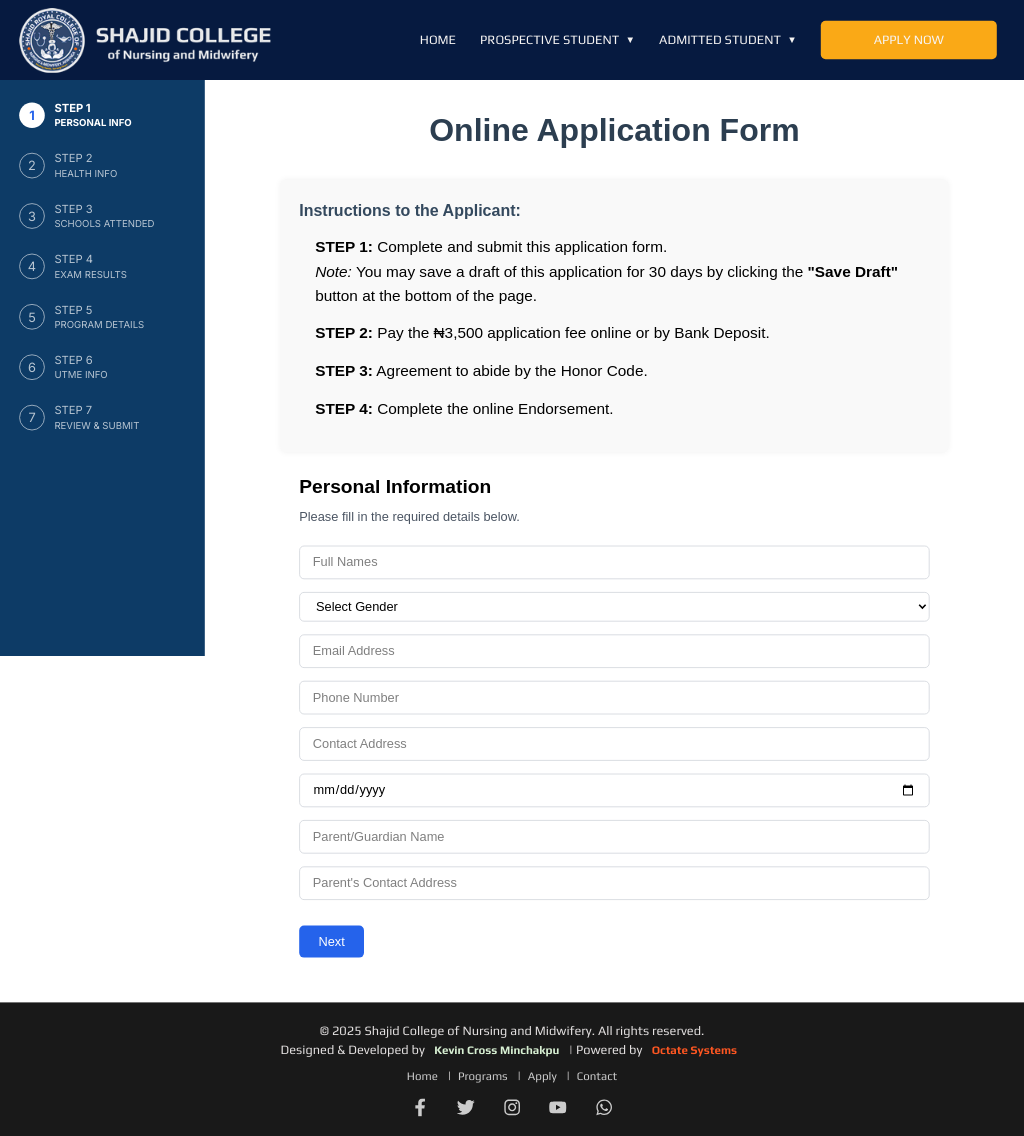
Repository: GlorifiedIntel/shajid-sms
Page: /apply
These files come from the project's save history. The page is drawn as it stood at one moment and after the next save; the edit follows.
The browser window is 1280 px wide. The pictures show the whole page, at 80% of full size.
The project was rebuilt for these pictures with package versions that can differ from the ones it lists, and the page was loaded fresh each time. The framework's server and built-in components were replaced by stand-ins that run in the browser. Also part of the build but not shown: next.config.mjs, src/components/steps/HealthInfo.module.css, src/components/steps/HealthInfo.jsx, src/components/steps/SchoolsAttended.module.css, src/components/steps/SchoolsAttended.jsx, src/constants/subjects.js, src/components/steps/ExamResults.module.css, src/components/steps/ExamResults.jsx and 7 more.

Above is the page before, as saved 2025-07-04 16:10:25.

### src/app/layout.js
import { Inter } from 'next/font/google';
import { Play } from 'next/font/google';
import './globals.css';
import Navbar from '@/components/navbar/Navbar';
import Footer from '@/components/footer/Footer';
import SessionProviderWrapper from '@/components/SessionProviderWrapper';
import '@/icons/fontawesome';

const inter = Inter({ subsets: ['latin'] });

const play = Play({
  subsets: ['latin'],
  weight: ['400', '700'],
  variable: '--font-play',
});

export const metadata = {
  title: 'Shajid College Student Management System',
  description:
    'This is a full-featured, responsive web application built using Next.js for Shajid College of Nursing and Midwifery.',
};

export default function RootLayout({ children }) {
  return (
    <html lang="en">
      <body className={inter.className}>
        <SessionProviderWrapper>
          <div className="container">
            <Navbar />
            {children}
            <Footer />
          </div>
        </SessionProviderWrapper>
      </body>
    </html>
  );
}

### src/app/apply/page.jsx
'use client';

import { FormProvider, useFormStep } from '@/context/FormContext';
import Sidebar from '@/components/Sidebar';
import PersonalInfo from '@/components/steps/PersonalInfo';
import HealthInfo from '@/components/steps/HealthInfo';
import SchoolsAttended from '@/components/steps/SchoolsAttended';
import ExamResults from '@/components/steps/ExamResults';
import ProgramDetails from '@/components/steps/ProgramDetails';
import UTMEInfo from '@/components/steps/UTMEInfo';
import Review from '@/components/steps/Review';
import styles from './applicationform.module.css';

export default function ApplyPage() {
  // StepRenderer moved inside ApplyPage to access context properly
  function StepRenderer() {
    const { step } = useFormStep();

    switch (step) {
      case 1:
        return <PersonalInfo />;
      case 2:
        return <HealthInfo />;
      case 3:
        return <SchoolsAttended />;
      case 4:
        return <ExamResults />;
      case 5:
        return <ProgramDetails />;
      case 6:
        return <UTMEInfo />;
      case 7:
        return <Review />;
      default:
        return <div>Unknown step</div>;
    }
  }

  return (
    <FormProvider>
      <div className="min-h-screen flex items-start">
        <Sidebar />
        <div className={styles.applicationContainer}>
          <h1 className={styles.pageTitle}>Online Application Form</h1>

          <div className={styles.instructions}>
            <h2 className={styles.instructionsHeading}>Instructions to the Applicant:</h2>
            <ol>
              <li>
                <strong>STEP 1:</strong> Complete and submit this application form.
                <br />
                <em>Note:</em> You may save a draft of this application for 30 days by clicking the{' '}
                <strong>&quot;Save Draft&quot;</strong> button at the bottom of the page.
              </li>
              <li>
                <strong>STEP 2:</strong> Pay the &#8358;3,500 application fee online or by Bank Deposit.
              </li>
              <li>
                <strong>STEP 3:</strong> Agreement to abide by the Honor Code.
              </li>
              <li>
                <strong>STEP 4:</strong> Complete the online Endorsement.
              </li>
            </ol>
          </div>

          <StepRenderer />
        </div>
      </div>
    </FormProvider>
  );
}

### src/app/globals.css
@import "tailwindcss";

:root {
    --bg: #fdfdff;
    --btn: #2A3D45;
    --primary: #0E103D;
    --secondary: #14453D;
    --delft-blue:#183059;
    --white-smoke:#F6F4F3;
    --indigo-dye: #124E78;
    --cream:#F0F0C9;
    --prussian-blue: #102B3F;
    --midnight-green:#003844;
    --caribbean-current:#006C67;
    --gunmetal:#122C34;
    --navbar-bg: #061A40;
    --jasper: #CD5334;
    --web-orange: #FAA916;
    --font-play: 'Play', sans-serif;
    --text: #333;
    --oxford-blue: #061A40;
    --eerie-blck: #1B1B1E;
    --carmine: #96031A;
}

* {
    margin: 0;
    padding: 0;
    box-sizing: border-box;
}

body {
    margin: 0;
    padding: 0;
}

a {
    color: inherit;
    text-decoration: none;

}

### src/components/navbar/Navbar.jsx
import React from 'react';
import Links from "./links/Links";
import styles from './navbar.module.css';

const Navbar = () => {
  return (
    <div className={styles.container}>
      <div className={styles.logo}>
        <img src="./logo.png" alt="Shajid College Logo" className={styles.logoImage} />
      </div>
      <div>
        <Links />
      </div>
    </div>
  );
};

export default Navbar;

### src/components/footer/Footer.jsx
import {
  FaFacebookF,
  FaTwitter,
  FaInstagram,
  FaYoutube,
  FaWhatsapp,
} from 'react-icons/fa';
import './Footer.css'; // Ensure you have a CSS file for styling

export default function Footer() {
  return (
    <footer className="site-footer">
      <div className="footer-content">
        <p>&copy; {new Date().getFullYear()} Shajid College of Nursing and Midwifery. All rights reserved.</p>

        <p>
  Designed & Developed by{' '}
  <a
    href="https://www.linkedin.com/in/kevin-cross-minchakpu-7897379a"
    target="_blank"
    rel="noopener noreferrer"
    className="kevin-link"
  >
    Kevin Cross Minchakpu
  </a>{' '}
  | Powered by{' '}
  <a
    href="https://octatesystems.github.io/OSNigeria/"
    target="_blank"
    rel="noopener noreferrer"
    className="octate-link"
  >
    Octate Systems
  </a>
</p>

        <nav className="footer-links">
          <a href="/">Home</a> |
          <a href="/programs">Programs</a> |
          <a href="/apply">Apply</a> |
          <a href="/contact">Contact</a>
        </nav>

        <div className="social-icons">
          <a href="https://facebook.com" target="_blank" rel="noopener noreferrer" aria-label="Facebook">
            <FaFacebookF />
          </a>
          <a href="https://twitter.com" target="_blank" rel="noopener noreferrer" aria-label="Twitter">
            <FaTwitter />
          </a>
          <a href="https://instagram.com" target="_blank" rel="noopener noreferrer" aria-label="Instagram">
            <FaInstagram />
          </a>
          <a href="https://youtube.com" target="_blank" rel="noopener noreferrer" aria-label="YouTube">
            <FaYoutube />
          </a>
          <a href="https://wa.me/2348012345678" target="_blank" rel="noopener noreferrer" aria-label="WhatsApp">
            <FaWhatsapp />
          </a>
        </div>
      </div>
    </footer>
  );
}

### src/components/SessionProviderWrapper.jsx
'use client';

import { SessionProvider } from 'next-auth/react';

export default function SessionProviderWrapper({ children }) {
  return <SessionProvider>{children}</SessionProvider>;
}

### src/icons/fontawesome.js
// src/icons/fontawesome.js
import { config } from '@fortawesome/fontawesome-svg-core';
import '@fortawesome/fontawesome-svg-core/styles.css';
config.autoAddCss = false;

### src/components/Sidebar.jsx
// components/Sidebar.jsx
"use client";
import styles from "./Sidebar.module.css";
import { useFormStep } from "@/context/FormContext";

const steps = [
  "Personal Info",
  "Health Info",
  "Schools Attended",
  "Exam Results",
  "Program Details",
  "UTME Info",
  "Review & Submit",
];

export default function Sidebar() {
  const { step } = useFormStep();

  return (
    <div className={styles.sidebar}>
      {steps.map((label, index) => {
        const isActive = step === index + 1;
        return (
          <div
            key={label}
            className={`${styles.stepItem} ${isActive ? styles.active : ""}`}
          >
            <div
              className={`${styles.stepCircle} ${
                isActive ? styles.active : ""
              }`}
            >
              {index + 1}
            </div>
            <div className={styles.stepText}>
              <div className={styles.stepNumber}>STEP {index + 1}</div>
              <div className={styles.stepLabel}>{label}</div>
            </div>
          </div>
        );
      })}
    </div>
  );
}

### src/components/steps/PersonalInfo.jsx
'use client';

import { useForm } from 'react-hook-form';
import { zodResolver } from '@hookform/resolvers/zod';
import { useFormStep } from '@/context/FormContext';
import * as z from 'zod';
import styles from './PersonalInfo.module.css';
import { useEffect } from 'react';

const schema = z.object({
  fullName: z.string().min(3, 'Full name is required'),
  gender: z.enum(['Male', 'Female'], 'Gender is required'),
  email: z.string().email('Invalid email address'),
  phone: z.string().min(7, 'Phone number is required'),
  address: z.string().min(5, 'Contact address is required'),
  dob: z.string().min(1, 'Date of birth is required'),
  parentName: z.string().min(3, 'Parent/Guardian name is required'),
  parentAddress: z.string().min(5, "Parent's contact address is required"),
});

export default function PersonalInfo() {
  const { formData, updateFormData, nextStep } = useFormStep();

  // Try to get saved data from localStorage
  const savedFormData = typeof window !== 'undefined'
    ? JSON.parse(localStorage.getItem('personalInfo') || 'null')
    : null;

  const {
    register,
    handleSubmit,
    formState: { errors },
    reset,
    watch,
  } = useForm({
    resolver: zodResolver(schema),
    defaultValues: savedFormData || formData.personalInfo || {
      fullName: '',
      gender: '',
      email: '',
      phone: '',
      address: '',
      dob: '',
      parentName: '',
      parentAddress: '',
    },
  });

  // Sync form changes to localStorage
  useEffect(() => {
    const subscription = watch((value) => {
      localStorage.setItem('personalInfo', JSON.stringify(value));
    });
    return () => subscription.unsubscribe();
  }, [watch]);

  // If your context formData.personalInfo changes, reset the form with that data (optional)
  useEffect(() => {
    if (formData.personalInfo) {
      reset(formData.personalInfo);
    }
  }, [formData.personalInfo, reset]);

  const onSubmit = (data) => {
    updateFormData({ personalInfo: data });
    nextStep();
  };

  return (
    <form onSubmit={handleSubmit(onSubmit)} className={styles.form} noValidate>
      <h2 className={styles.heading}>Personal Information</h2>
      <p className={styles.subtext}>Please fill in the required details below.</p>

      <input
        {...register('fullName')}
        placeholder="Full Names"
        className={styles.input}
        aria-invalid={errors.fullName ? 'true' : 'false'}
      />
      {errors.fullName && <p className={styles.error}>{errors.fullName.message}</p>}

      <select
        {...register('gender')}
        className={styles.input}
        aria-invalid={errors.gender ? 'true' : 'false'}
      >
        <option value="">Select Gender</option>
        <option value="Male">Male</option>
        <option value="Female">Female</option>
      </select>
      {errors.gender && <p className={styles.error}>{errors.gender.message}</p>}

      <input
        {...register('email')}
        placeholder="Email Address"
        className={styles.input}
        aria-invalid={errors.email ? 'true' : 'false'}
      />
      {errors.email && <p className={styles.error}>{errors.email.message}</p>}

      <input
        {...register('phone')}
        placeholder="Phone Number"
        className={styles.input}
        aria-invalid={errors.phone ? 'true' : 'false'}
      />
      {errors.phone && <p className={styles.error}>{errors.phone.message}</p>}

      <input
        {...register('address')}
        placeholder="Contact Address"
        className={styles.input}
        aria-invalid={errors.address ? 'true' : 'false'}
      />
      {errors.address && <p className={styles.error}>{errors.address.message}</p>}

      <input
        {...register('dob')}
        type="date"
        className={styles.input}
        aria-invalid={errors.dob ? 'true' : 'false'}
      />
      {errors.dob && <p className={styles.error}>{errors.dob.message}</p>}

      <input
        {...register('parentName')}
        placeholder="Parent/Guardian Name"
        className={styles.input}
        aria-invalid={errors.parentName ? 'true' : 'false'}
      />
      {errors.parentName && <p className={styles.error}>{errors.parentName.message}</p>}

      <input
        {...register('parentAddress')}
        placeholder="Parent's Contact Address"
        className={styles.input}
        aria-invalid={errors.parentAddress ? 'true' : 'false'}
      />
      {errors.parentAddress && <p className={styles.error}>{errors.parentAddress.message}</p>}

      <button type="submit" className={styles.button}>
        Next
      </button>
    </form>
  );
}

### src/app/apply/applicationform.module.css
.applicationContainer {
  padding: 2rem;
  width: 900px;
  margin: 0 auto;
  font-family: Arial, sans-serif;
}

.instructions {
  background-color: #f9f9f9;
  padding: 1.5rem;
  border-radius: 8px;
  margin-top: 1rem;
  box-shadow: 0 0 8px rgba(0, 0, 0, 0.05);
}

.instructions h2 {
  margin-bottom: 1rem;
  font-size: 1.25rem;
}

.instructions ol {
  padding-left: 1.25rem;
}

.instructions li {
  margin-bottom: 1rem;
  line-height: 1.6;
  font-size: 1.2rem;
}

.pageTitle {
  font-size: 2.5rem;
  font-weight: bold;
  text-align: center;
  margin-bottom: 2rem;
  color: #2c3e50;
}

.instructionsHeading {
  font-size: 1.5rem;
  font-weight: 600;
  color: #34495e;
  margin-bottom: 1rem;
}

### src/components/navbar/links/Links.jsx
'use client';

import styles from './links.module.css';
import NavLink from './navLink/navLink';

const Links = () => {
  const links = [
    { title: 'HOME', path: '/' },
    {
      title: 'PROSPECTIVE STUDENT',
      path: '/auth/prospective-student',
      children: [
        { title: 'Check My Eligibility', path: '/auth/prospective-student/eligibility' },
        { title: 'Prospective Student Info', path: '/auth/prospective-student/info' },
        { title: 'Fees & Financial Assistance', path: '/auth/prospective-student/fees' },
        { title: 'Graduation Requirements', path: '/auth/prospective-student/graduation' },
        { title: 'Apply Now', path: '/apply' },
        { title: 'Advising & Support', path: '/auth/prospective-student/advising' },
        { title: 'FAQ', path: '/auth/prospective-student/faq' },
      ],
    },
    {
      title: 'ADMITTED STUDENT',
      path: '/auth/admitted-student',
      children: [
        { title: 'Admitted Student Info', path: '/auth/admitted-student/info' },
        { title: 'Fees & Financial Assistance', path: '/auth/admitted-student/fees' },
        { title: 'Advising & Support', path: '/auth/admitted-student/advising' },
        { title: 'Facebook Group 🔗', path: 'https://facebook.com/groups/yourgroup', external: true },
      ],
    },
    { title: 'APPLY NOW', path: '/apply' },
  ];

  return (
    <div className={styles.links}>
      {links.map((link) => (
        <NavLink item={link} key={link.title} />
      ))}
    </div>
  );
};

export default Links;

### src/components/navbar/navbar.module.css
.container {
    background-color: var(--navbar-bg);
    height: 100px;
    display: flex;
    align-items: center;
    justify-content: space-between;
    padding: 1.5rem;
    margin: auto;
    height: 100px;
    width: 100vw;
}



.logoImage {
  height: 81px;
  width: 314px;
}


.fontlight {
    font-size: 30px;
    font-family: "Play", sans-serif;
    font-weight: 400;
    font-style: normal;
    color: var(--white-smoke);

}

### src/components/footer/Footer.css


/* Footer styles */
.site-footer {
  background-color: #191919;
  color: #e2dfdf;
  padding: 1.5rem 0;
  text-align: center;
  font-family: var(--font-play);
  margin: auto;
  width: 100vw;

}

.footer-content {
  max-width: 1000px;
  margin: auto;
  padding: 0 1rem;
}

.footer-content nav {
  margin-top: 0.5rem;
}

.footer-content a {
  color: #ccc;
  margin: 0 0.5rem;
  text-decoration: none;
  font-size: 0.9rem;
}

.footer-content a:hover {
  color: #fff;
  text-decoration: underline;
}

.social-icons {
    display: flex !important;
    justify-content: center;
    align-items: center;
    gap: 15px;
    margin-top: 1rem;
}

.social-icons a {
  margin: 0 10px;
  font-size: 1.4rem;
  transition: transform 0.3s ease;
}

.social-icons a:hover {
  transform: scale(1.2);
}

/* Optional: Platform-specific hover colors */
.social-icons a:nth-child(1):hover { color: #1877f2; }  /* Facebook */
.social-icons a:nth-child(2):hover { color: #1da1f2; }  /* Twitter */
.social-icons a:nth-child(3):hover { color: #e1306c; }  /* Instagram */
.social-icons a:nth-child(4):hover { color: #ff0000; }  /* YouTube */
.social-icons a:nth-child(5):hover { color: #25d366; }  /* WhatsApp */

.highlight {
  color: #f3ba00;
  font-weight: bold;
  text-decoration: none;
}

.highlight:hover {
  text-decoration: underline;
}

.footer-content a.kevin-link {
  color: #d8f0d3;
  font-weight: 600;
  text-decoration: none;
}

.footer-content a.kevin-link:hover {
  color: #f0cf15;
  text-decoration: underline;
}

.footer-content a.octate-link {
  color: #ff5722;
  font-weight: 600;
  text-decoration: none;
}

.footer-content a.octate-link:hover {
  color: #2791bb;
  text-decoration: underline;
}

### src/components/Sidebar.module.css
/* Sidebar.module.css */
.sidebar {
  background-color: #0D3B66; /* blue-600 */
  color: white;
  padding: 1.5rem;
  width: 16rem;
  min-height: 100vh;
  }

.stepItem {
  margin-bottom: 1.5rem;
  display: flex;
  align-items: center;
  gap: 0.75rem;
  opacity: 0.7;
  transition: all 0.2s ease-in-out;
}

.stepItem.active {
  font-weight: bold;
  opacity: 1;
}

.stepCircle {
  width: 2rem;
  height: 2rem;
  border-radius: 9999px;
  border: 1px solid white;
  display: flex;
  align-items: center;
  justify-content: center;
}

.stepCircle.active {
  background-color: white;
  color: #2563eb;
  border: none;
}

.stepText {
  display: flex;
  flex-direction: column;
}

.stepText .stepNumber {
  font-size: 0.875rem;
}

.stepText .stepLabel {
  font-size: 0.75rem;
  text-transform: uppercase;
}

### src/components/steps/PersonalInfo.module.css
/* PersonalInfo.module.css */
.form {
  padding: 1.5rem;
}

.heading {
  font-size: 1.5rem;
  font-weight: bold;
  margin-bottom: 0.5rem;
}

.subtext {
  color: #4b5563; /* text-gray-600 */
  margin-bottom: 1.5rem;
}

.input {
  width: 100%;
  padding: 0.5rem 1rem;
  border: 1px solid #d1d5db; /* gray-300 */
  border-radius: 0.375rem;
  margin-bottom: 1rem;
  font-size: 1rem;
}

.input:focus {
  outline: none;
  border-color: #2563eb;
  box-shadow: 0 0 0 1px #2563eb;
}

.button {
  background-color: #2563eb;
  color: white;
  padding: 0.5rem 1.5rem;
  border-radius: 0.375rem;
  font-weight: 500;
  border: none;
  cursor: pointer;
  margin-top: 1rem;
}

.button:hover {
  background-color: #1e40af;
}

.error {
  color: #dc2626; /* red-600 */
  font-size: 0.875rem;
  margin-top: -0.75rem;
  margin-bottom: 0.75rem;
}

### src/components/navbar/links/links.module.css
.links {
    display: flex;
    align-items: center;
    gap: 10px;
    font-family: var(--font-play);
    font-weight: 400;
    font-style: normal;
    color: var(--white-smoke);
    width: 100%;
    text-decoration: none;
}

### src/components/navbar/links/navLink/navLink.jsx
'use client';

import Link from 'next/link';
import { useState } from 'react';
import { usePathname } from 'next/navigation';
import styles from './navLink.module.css';

const NavLink = ({ item }) => {
  const pathname = usePathname();
  const [isOpen, setIsOpen] = useState(false);

  const isActive = pathname === item.path;

  const handleToggle = () => {
    setIsOpen((prev) => !prev);
  };

  const handleClose = () => {
    setIsOpen(false);
  };

  return (
    <div
      className={styles.navItem}
      onMouseEnter={() => setIsOpen(true)}
      onMouseLeave={() => setIsOpen(false)}
    >
      <div className={styles.mainLinkWrapper} onClick={item.children ? handleToggle : undefined}>
        <Link
          href={item.path}
          className={`${styles.mainLink} ${isActive ? styles.active : ''}`}
        >
          {item.title}
        </Link>
        {item.children && (
          <span className={styles.arrow}>{isOpen ? '▲' : '▼'}</span>
        )}
      </div>

      {item.children && isOpen && (
        <div className={styles.dropdown}>
          {item.children.map((child) => {
            const isChildActive = pathname === child.path;
            return child.external ? (
              <a
                key={child.title}
                href={child.path}
                target="_blank"
                rel="noopener noreferrer"
                className={styles.dropdownLink}
                onClick={handleClose}
              >
                {child.title}
              </a>
            ) : (
              <Link
                key={child.title}
                href={child.path}
                className={`${styles.dropdownLink} ${isChildActive ? styles.active : ''}`}
                onClick={handleClose}
              >
                {child.title}
              </Link>
            );
          })}
        </div>
      )}
    </div>
  );
};

export default NavLink;

### src/components/navbar/links/navLink/navLink.module.css

.active {
    background-color: var(--web-orange);
    color: black;
    padding: 12px 12px;
    width: 220px;
    display: inline-block;
    border-radius: 6px;
    text-align: center;
}

.navItem {
  position: relative;
  display: inline-block;
}

.mainLinkWrapper {
  display: flex;
  align-items: center;
  justify-content: space-between;
  cursor: pointer;
  padding: 10px;
}

.mainLink {
  text-decoration: none;
  color: var(--white-smoke);

}

.arrow {
  margin-left: 8px;
  font-size: 12px;
}

.dropdown {
  position: absolute;
  top: 100%;
  left: 0;
  background-color: white;
  border: 1px solid #ddd;
  box-shadow: 0px 4px 8px rgba(0,0,0,0.1);
  z-index: 1000;
  min-width: 230px;
}

.dropdownLink {
  display: block;
  padding: 10px 15px;
  color: #333;
  text-decoration: none;
  transition: background-color 0.2s;
}

.dropdownLink:hover {
  background-color: #f5f5f5;
}

/* Optional: Responsive tweaks for better mobile support */
@media (max-width: 768px) {
  .dropdown {
    position: static;
    box-shadow: none;
    border: none;
  }

  .navItem {
    display: block;
  }

  .mainLinkWrapper {
    justify-content: flex-start;
  }

  .arrow {
    margin-left: auto;
  }
}

Loaded but not shown: src/context/FormContext.js (84 lines, source omitted)

After the next save:
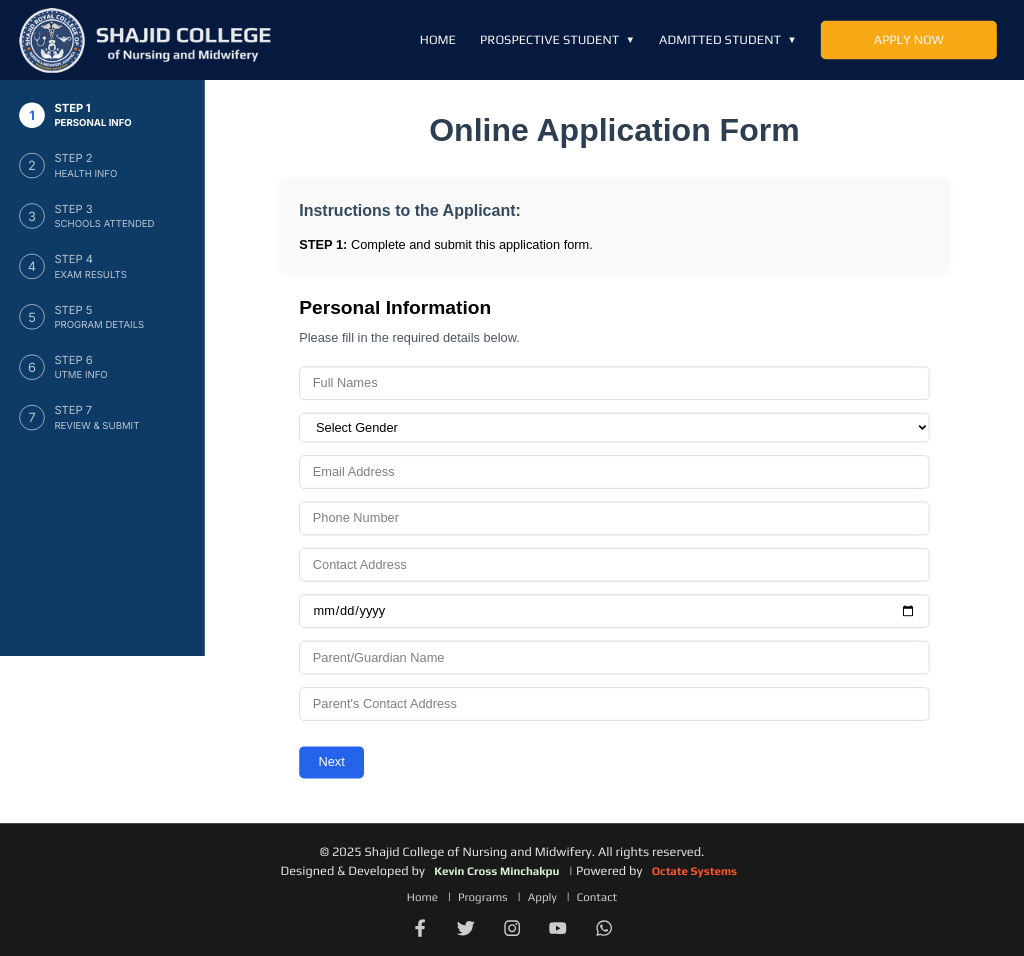
Saved 27 min 19 s later.
--- a/src/app/apply/page.jsx
+++ b/src/app/apply/page.jsx
@@ -45,23 +45,7 @@ export default function ApplyPage() {
 
           <div className={styles.instructions}>
             <h2 className={styles.instructionsHeading}>Instructions to the Applicant:</h2>
-            <ol>
-              <li>
-                <strong>STEP 1:</strong> Complete and submit this application form.
-                <br />
-                <em>Note:</em> You may save a draft of this application for 30 days by clicking the{' '}
-                <strong>&quot;Save Draft&quot;</strong> button at the bottom of the page.
-              </li>
-              <li>
-                <strong>STEP 2:</strong> Pay the &#8358;3,500 application fee online or by Bank Deposit.
-              </li>
-              <li>
-                <strong>STEP 3:</strong> Agreement to abide by the Honor Code.
-              </li>
-              <li>
-                <strong>STEP 4:</strong> Complete the online Endorsement.
-              </li>
-            </ol>
+            <strong>STEP 1:</strong> Complete and submit this application form.
           </div>
 
           <StepRenderer />
